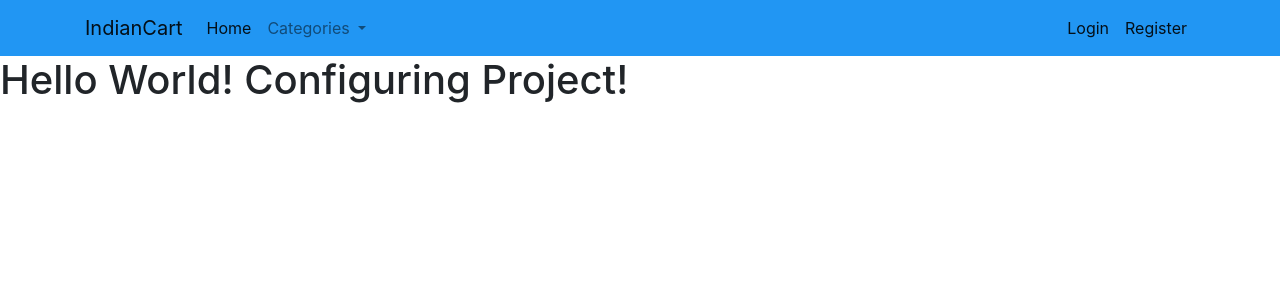
Repository: neerajchavan/E-Commerce-Project
Page: http://localhost/E-Commerce-Project/index.jsp
An editor plug-in stored every save of this project. The page is shown before and after the next save, followed by the edit.
The browser window is 1280 px wide. The pictures show the whole page.
Some web libraries are served in a nearby version. The page is served by Tomcat 9.

Above is the page before, as saved 2020-10-07 15:01:39.

After the next save:
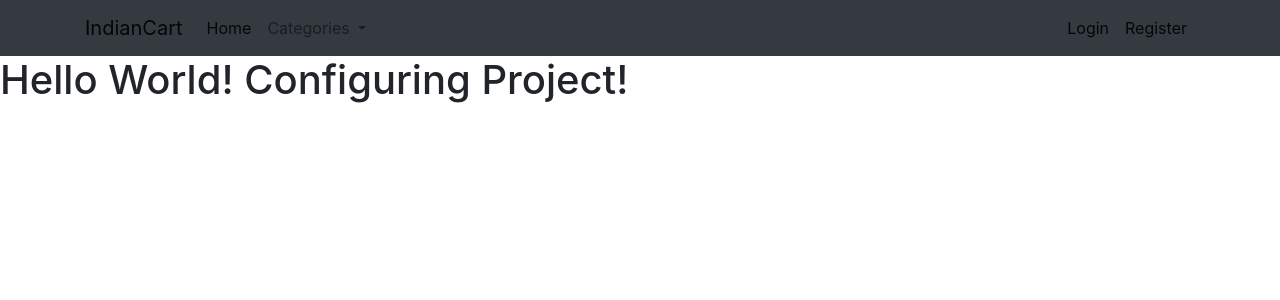
Saved 2 min 47 s later.
--- a/E-Commerce-Project/WebContent/Components/navbar.jsp
+++ b/E-Commerce-Project/WebContent/Components/navbar.jsp
@@ -1,4 +1,4 @@
-<nav class="navbar navbar-expand-lg navbar-light custom-bg">
+<nav class="navbar navbar-expand-lg navbar-light bg-dark">
 <div class="container">
   <a class="navbar-brand" href="#">IndianCart</a>
   <button class="navbar-toggler" type="button" data-toggle="collapse" data-target="#navbarSupportedContent" aria-controls="navbarSupportedContent" aria-expanded="false" aria-label="Toggle navigation">
